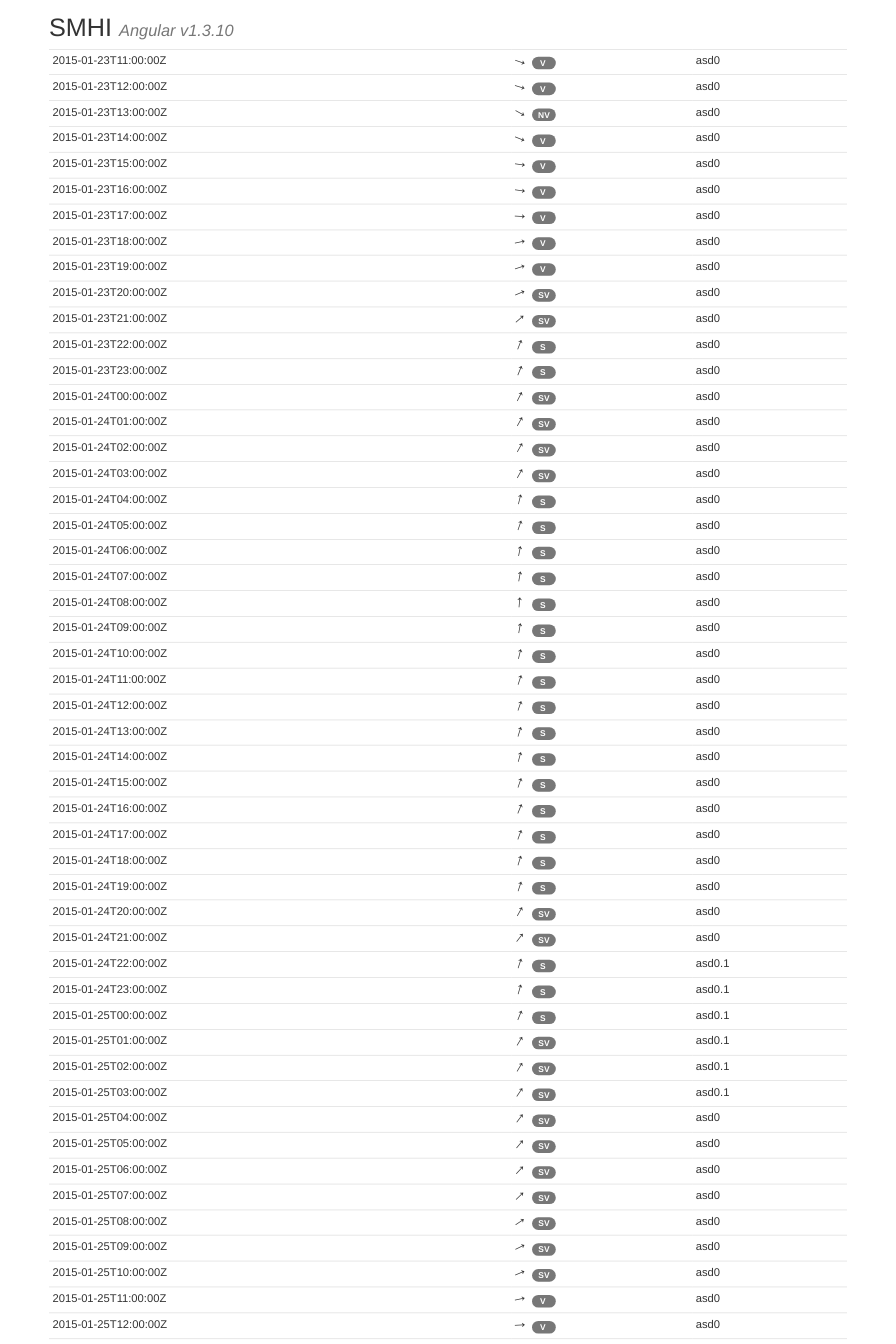
Repository: lernmark/scorchio
Page: S2/a2.html
The author's editor kept a record of every edit. The page is drawn from the files as they stood at one moment, then again after the next edit.
The browser window is 1280 px wide. The pictures show the part of the page from y = 0 to 1920 px (the page is 2887 px tall before and 720 px after), at 70% of full size.

Above is the page before.

After the next edit:
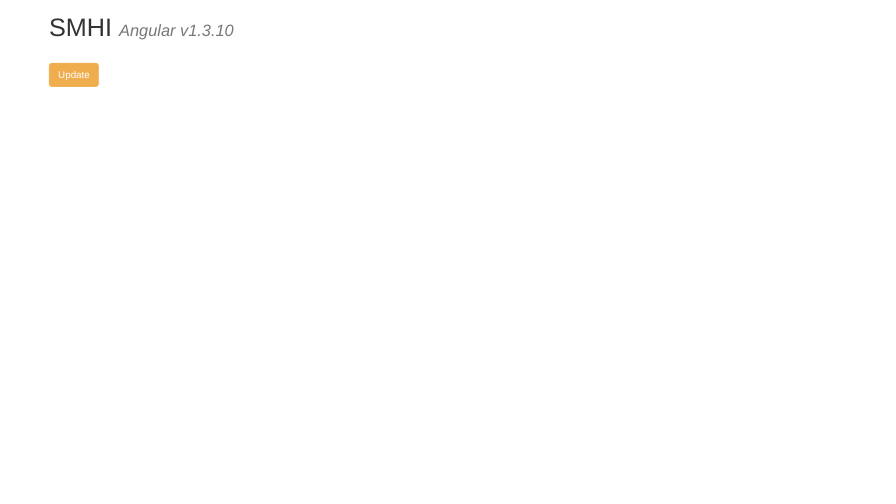
The edit:
--- a/S2/js/controllers.js
+++ b/S2/js/controllers.js
@@ -113,7 +113,7 @@
 
         template: function(element, attrs) {
             var htmlText = "";
-            var pcat = attrs.pcat;
+            var pcat = parseItn(attrs.pcat);
             var pit = attrs.pit;
             // Category of precipitation
             // 0 no
